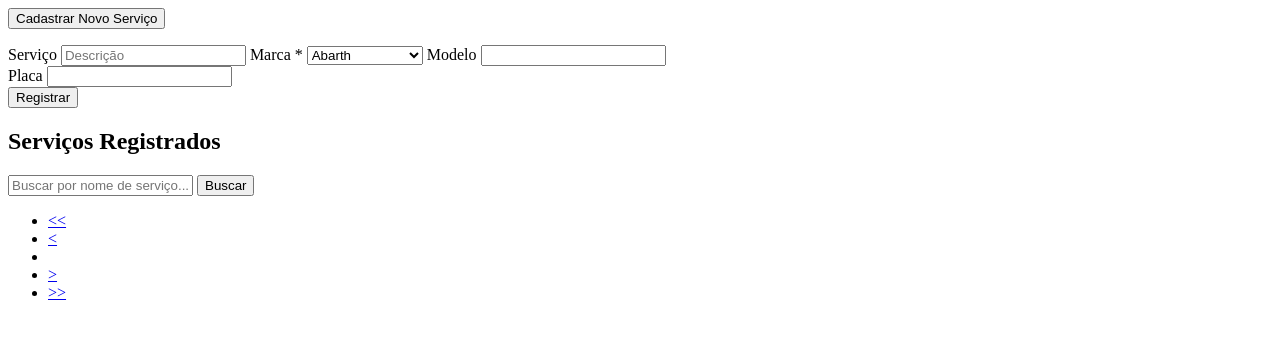
Repository: DanielGMT/AutoCenter-2.0
Page: http://localhost/Biblioteca/resources/admin/autor/content.jsp
An editor plug-in stored every save of this project. The page is shown before and after the next save, followed by the edit.
The browser window is 1280 px wide. The pictures show the whole page.
The page is served by Tomcat 9.

Above is the page before, as saved 2022-03-08 20:16:34.
Console error: ReferenceError: SENAI is not defined

After the next save:
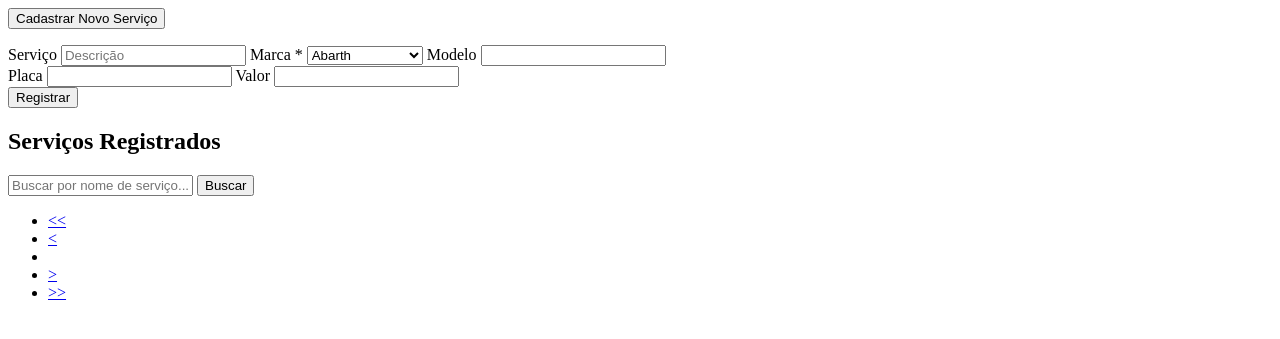
Saved 44 s later.
--- a/Biblioteca/WebContent/resources/admin/autor/content.jsp
+++ b/Biblioteca/WebContent/resources/admin/autor/content.jsp
@@ -68,6 +68,8 @@
 		</div>
 		<label for="exampleInputEmail1">Placa</label> <input
 				class="form-control" id="inputname">
+		<label for="exampleInputEmail1">Valor</label> <input
+				class="form-control" id="inputname">
 		<div id="entrar">
 			<button type="button" id="add-new"
 				onclick="SENAI.biblioteca.cadastrarServico()" class="btn btn-primary">Registrar</button>
